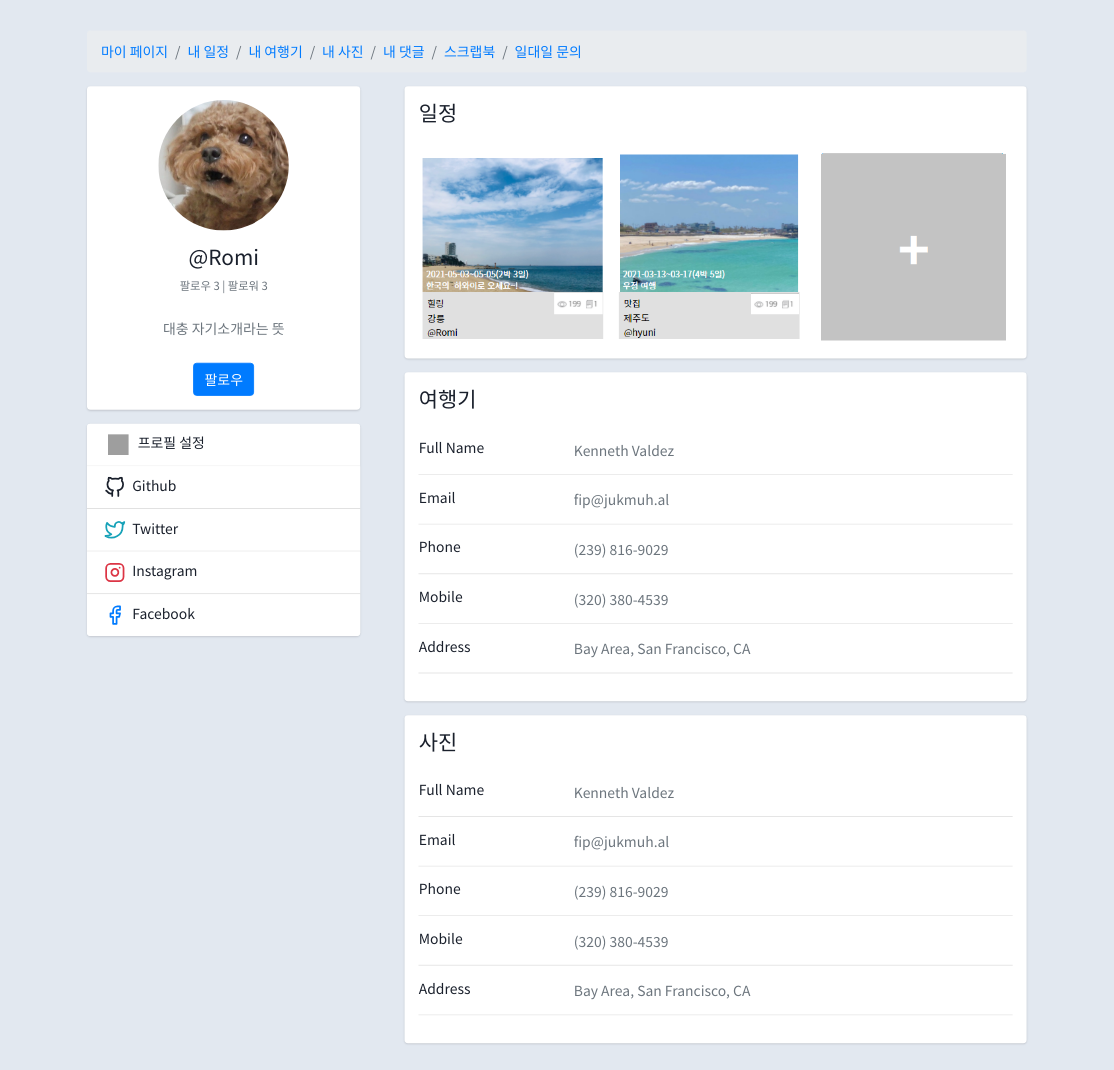
Repository: jangseohyun/LEGGO_2021
Page: http://localhost/PrjApp/ProfileTest.jsp
An editor plug-in stored every save of this project. The page is shown before and after the next save, followed by the edit.
The browser window is 1280 px wide. The pictures show the whole page, at 87% of full size.
Pictures or frames that could not be fetched are drawn as grey boxes. Some web libraries are served in a nearby version. The page is served by Tomcat 9. Other server files are loaded and not shown.

Above is the page before, as saved 2021-06-27 10:11:56.

### PrjApp/WebContent/ProfileTest.jsp
<%@ page contentType="text/html; charset=UTF-8"%>
<%@ taglib prefix="c" uri="http://java.sun.com/jsp/jstl/core"%>
<%
	request.setCharacterEncoding("UTF-8");
	String cp = request.getContextPath();
%>
<!DOCTYPE html>
<head>
    <meta charset="utf-8">
    <!--  This file has been downloaded from bootdey.com @bootdey on twitter -->
    <!--  All snippets are MIT license http://bootdey.com/license -->
    <title>ProfileTest.jsp</title>
    <meta name="viewport" content="width=device-width, initial-scale=1">
	<script src="https://code.jquery.com/jquery-1.10.2.min.js"></script>
    <link href="https://cdn.jsdelivr.net/npm/bootstrap@4.4.1/dist/css/bootstrap.min.css" rel="stylesheet">
	<script src="https://cdn.jsdelivr.net/npm/bootstrap@4.4.1/dist/js/bootstrap.bundle.min.js"></script>
	<link rel="preconnect" href="https://fonts.googleapis.com">
	<link rel="preconnect" href="https://fonts.gstatic.com" crossorigin>
	<link href="https://fonts.googleapis.com/css2?family=Noto+Sans+KR:wght@400;700&display=swap" rel="stylesheet">
</head>
<body>
<div class="container">
    <div class="main-body">

          <!-- 상단 메뉴 -->
          <nav aria-label="breadcrumb" class="main-breadcrumb">
            <ol class="breadcrumb">
              <li class="breadcrumb-item" aria-current="page"><a href="javascript:void(0)">마이 페이지</a></li>
              <li class="breadcrumb-item"><a href="">내 일정</a></li>
              <li class="breadcrumb-item"><a href="">내 여행기</a></li>
              <li class="breadcrumb-item"><a href="">내 사진</a></li>
              <li class="breadcrumb-item"><a href="">내 댓글</a></li>
              <li class="breadcrumb-item"><a href="">스크랩북</a></li>
              <li class="breadcrumb-item"><a href="">일대일 문의</a></li>
            </ol>
          </nav>

          <div class="row gutters-sm">
            <div class="col-md-4 mb-3">

              <!-- 프로필 -->
              <div class="card w-90">
                <div class="card-body">
                  <div class="d-flex flex-column align-items-center text-center">
                    <img src="images/profile_img_sample.jpg" alt="Admin" class="rounded-circle" width="150">
                    <div class="mt-3">
                      <h4>@Romi</h4>
                      <p class="text-secondary mb-1" style="font-size: 13px;">팔로우 3  |  팔로워 3</p><br>
                      <p class="text-secondary mb-1">대충 자기소개라는 뜻</p><br>
                      <button class="btn btn-primary">팔로우</button>
                    </div>
                  </div>
                </div>
              </div>

              <!-- 프로필 버튼 -->
              <div class="card mt-3 w-90">
                <ul class="list-group list-group-flush">
                  <li class="list-group-item d-flex justify-content-between align-items-center flex-wrap">
                    <h6 class="mb-0">&nbsp;<img src="https://image.flaticon.com/icons/png/512/3524/3524752.png" width="24" height="24">&nbsp;&nbsp;&nbsp;프로필 설정</h6>
                    <!-- <span class="text-secondary">https://bootdey.com</span> -->
                  </li>
                  <li class="list-group-item d-flex justify-content-between align-items-center flex-wrap">
                    <h6 class="mb-0"><svg xmlns="http://www.w3.org/2000/svg" width="24" height="24" viewBox="0 0 24 24" fill="none" stroke="currentColor" stroke-width="2" stroke-linecap="round" stroke-linejoin="round" class="feather feather-github mr-2 icon-inline"><path d="M9 19c-5 1.5-5-2.5-7-3m14 6v-3.87a3.37 3.37 0 0 0-.94-2.61c3.14-.35 6.44-1.54 6.44-7A5.44 5.44 0 0 0 20 4.77 5.07 5.07 0 0 0 19.91 1S18.73.65 16 2.48a13.38 13.38 0 0 0-7 0C6.27.65 5.09 1 5.09 1A5.07 5.07 0 0 0 5 4.77a5.44 5.44 0 0 0-1.5 3.78c0 5.42 3.3 6.61 6.44 7A3.37 3.37 0 0 0 9 18.13V22"></path></svg>Github</h6>
                  </li>
                  <li class="list-group-item d-flex justify-content-between align-items-center flex-wrap">
                    <h6 class="mb-0"><svg xmlns="http://www.w3.org/2000/svg" width="24" height="24" viewBox="0 0 24 24" fill="none" stroke="currentColor" stroke-width="2" stroke-linecap="round" stroke-linejoin="round" class="feather feather-twitter mr-2 icon-inline text-info"><path d="M23 3a10.9 10.9 0 0 1-3.14 1.53 4.48 4.48 0 0 0-7.86 3v1A10.66 10.66 0 0 1 3 4s-4 9 5 13a11.64 11.64 0 0 1-7 2c9 5 20 0 20-11.5a4.5 4.5 0 0 0-.08-.83A7.72 7.72 0 0 0 23 3z"></path></svg>Twitter</h6>
                  </li>
                  <li class="list-group-item d-flex justify-content-between align-items-center flex-wrap">
                    <h6 class="mb-0"><svg xmlns="http://www.w3.org/2000/svg" width="24" height="24" viewBox="0 0 24 24" fill="none" stroke="currentColor" stroke-width="2" stroke-linecap="round" stroke-linejoin="round" class="feather feather-instagram mr-2 icon-inline text-danger"><rect x="2" y="2" width="20" height="20" rx="5" ry="5"></rect><path d="M16 11.37A4 4 0 1 1 12.63 8 4 4 0 0 1 16 11.37z"></path><line x1="17.5" y1="6.5" x2="17.51" y2="6.5"></line></svg>Instagram</h6>
                  </li>
                  <li class="list-group-item d-flex justify-content-between align-items-center flex-wrap">
                    <h6 class="mb-0"><svg xmlns="http://www.w3.org/2000/svg" width="24" height="24" viewBox="0 0 24 24" fill="none" stroke="currentColor" stroke-width="2" stroke-linecap="round" stroke-linejoin="round" class="feather feather-facebook mr-2 icon-inline text-primary"><path d="M18 2h-3a5 5 0 0 0-5 5v3H7v4h3v8h4v-8h3l1-4h-4V7a1 1 0 0 1 1-1h3z"></path></svg>Facebook</h6>
                  </li>
                </ul>
              </div>
            </div>

            <!-- 일정 -->
            <div class="col-md-8">
              <div class="card mb-3">
                <div class="card-body">
                  <h4>일정</h4><br>
                  <img src="images/sample.PNG" style="height:220px;">
                  <!--
                  <div class="row">
                    <div class="col-sm-3">
                      <h6 class="mb-0">Full Name</h6>
                    </div>
                    <div class="col-sm-9 text-secondary">
                      Kenneth Valdez
                    </div>
                  </div>
                  <hr>
                  <div class="row">
                    <div class="col-sm-3">
                      <h6 class="mb-0">Email</h6>
                    </div>
                    <div class="col-sm-9 text-secondary">
                      fip@jukmuh.al
                    </div>
                  </div>
                  <hr>
                  <div class="row">
                    <div class="col-sm-3">
                      <h6 class="mb-0">Phone</h6>
                    </div>
                    <div class="col-sm-9 text-secondary">
                      (239) 816-9029
                    </div>
                  </div>
                  <hr>
                  <div class="row">
                    <div class="col-sm-3">
                      <h6 class="mb-0">Mobile</h6>
                    </div>
                    <div class="col-sm-9 text-secondary">
                      (320) 380-4539
                    </div>
                  </div>
                  <hr>
                  <div class="row">
                    <div class="col-sm-3">
                      <h6 class="mb-0">Address</h6>
                    </div>
                    <div class="col-sm-9 text-secondary">
                      Bay Area, San Francisco, CA
                    </div>
                  </div>
                  <hr>
                  <div class="row">

                    <div class="col-sm-12">
                      <a class="btn btn-info " target="__blank" href="https://www.bootdey.com/snippets/view/profile-edit-data-and-skills">Edit</a>
                    </div>

                  </div>
                   -->
                </div>
              </div>

              <!-- 여행기 -->
              <div class="card mb-3">
                <div class="card-body">
                  <h4>여행기</h4><br>
                  <div class="row">
                    <div class="col-sm-3">
                      <h6 class="mb-0">Full Name</h6>
                    </div>
                    <div class="col-sm-9 text-secondary">
                      Kenneth Valdez
                    </div>
                  </div>
                  <hr>
                  <div class="row">
                    <div class="col-sm-3">
                      <h6 class="mb-0">Email</h6>
                    </div>
                    <div class="col-sm-9 text-secondary">
                      fip@jukmuh.al
                    </div>
                  </div>
                  <hr>
                  <div class="row">
                    <div class="col-sm-3">
                      <h6 class="mb-0">Phone</h6>
                    </div>
                    <div class="col-sm-9 text-secondary">
                      (239) 816-9029
                    </div>
                  </div>
                  <hr>
                  <div class="row">
                    <div class="col-sm-3">
                      <h6 class="mb-0">Mobile</h6>
                    </div>
                    <div class="col-sm-9 text-secondary">
                      (320) 380-4539
                    </div>
                  </div>
                  <hr>
                  <div class="row">
                    <div class="col-sm-3">
                      <h6 class="mb-0">Address</h6>
                    </div>
                    <div class="col-sm-9 text-secondary">
                      Bay Area, San Francisco, CA
                    </div>
                  </div>
                  <hr>
                  <div class="row">
                  <!--
                    <div class="col-sm-12">
                      <a class="btn btn-info " target="__blank" href="https://www.bootdey.com/snippets/view/profile-edit-data-and-skills">Edit</a>
                    </div>
                   -->
                  </div>
                </div>
              </div>

              <!-- 사진 -->
              <div class="card mb-3">
                <div class="card-body">
                  <h4>사진</h4><br>
                  <div class="row">
                    <div class="col-sm-3">
                      <h6 class="mb-0">Full Name</h6>
                    </div>
                    <div class="col-sm-9 text-secondary">
                      Kenneth Valdez
                    </div>
                  </div>
                  <hr>
                  <div class="row">
                    <div class="col-sm-3">
                      <h6 class="mb-0">Email</h6>
                    </div>
                    <div class="col-sm-9 text-secondary">
                      fip@jukmuh.al
                    </div>
                  </div>
                  <hr>
                  <div class="row">
                    <div class="col-sm-3">
                      <h6 class="mb-0">Phone</h6>
                    </div>
                    <div class="col-sm-9 text-secondary">
                      (239) 816-9029
                    </div>
                  </div>
                  <hr>
                  <div class="row">
                    <div class="col-sm-3">
                      <h6 class="mb-0">Mobile</h6>
                    </div>
                    <div class="col-sm-9 text-secondary">
                      (320) 380-4539
                    </div>
                  </div>
                  <hr>
                  <div class="row">
                    <div class="col-sm-3">
                      <h6 class="mb-0">Address</h6>
                    </div>
                    <div class="col-sm-9 text-secondary">
                      Bay Area, San Francisco, CA
                    </div>
                  </div>
                  <hr>
                  <div class="row">
                  <!--
                    <div class="col-sm-12">
                      <a class="btn btn-info " target="__blank" href="https://www.bootdey.com/snippets/view/profile-edit-data-and-skills">Edit</a>
                    </div>
                   -->
                  </div>
                </div>
              </div>

            </div><!-- end col-md-8 -->
         </div><!-- end row gutters-sm -->
     </div><!-- end main-body -->
</div><!-- end container -->

<style type="text/css">
body{
    margin-top:20px;
    color: #1a202c;
    text-align: left;
    background-color: #e2e8f0;
    font-family: 'Noto Sans KR', sans-serif;
}
.main-body {
    padding: 15px;
}
.card {
    box-shadow: 0 1px 3px 0 rgba(0,0,0,.1), 0 1px 2px 0 rgba(0,0,0,.06);
}

.card {
    position: relative;
    display: flex;
    flex-direction: column;
    min-width: 0;
    word-wrap: break-word;
    background-color: #fff;
    background-clip: border-box;
    border: 0 solid rgba(0,0,0,.125);
    border-radius: .25rem;
}

.card-body {
    flex: 1 1 auto;
    min-height: 1px;
    padding: 1rem;
}

.gutters-sm {
    margin-right: -8px;
    margin-left: -8px;
}

.gutters-sm>.col, .gutters-sm>[class*=col-] {
    padding-right: 8px;
    padding-left: 8px;
}
.mb-3, .my-3 {
    margin-bottom: 1rem!important;
}

.bg-gray-300 {
    background-color: #e2e8f0;
}
.h-100 {
    height: 100%!important;
}
.shadow-none {
    box-shadow: none!important;
}
.w-90 {
	width: 90%!important;
}

</style>

<script type="text/javascript">

</script>
</body>
</html>

After the next save:
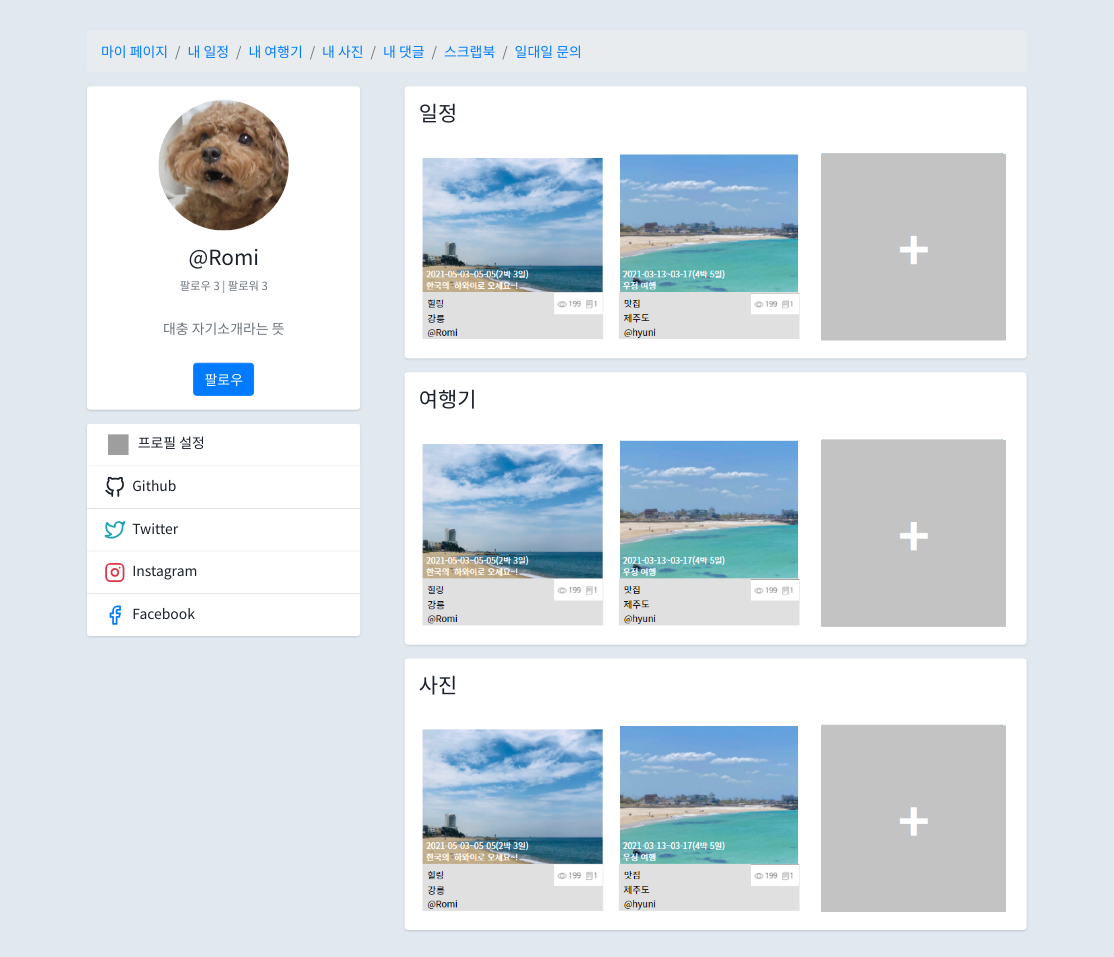
Saved 117 s later.
--- a/PrjApp/WebContent/ProfileTest.jsp
+++ b/PrjApp/WebContent/ProfileTest.jsp
@@ -143,58 +143,7 @@
               <div class="card mb-3">
                 <div class="card-body">
                   <h4>여행기</h4><br>
-                  <div class="row">
-                    <div class="col-sm-3">
-                      <h6 class="mb-0">Full Name</h6>
-                    </div>
-                    <div class="col-sm-9 text-secondary">
-                      Kenneth Valdez
-                    </div>
-                  </div>
-                  <hr>
-                  <div class="row">
-                    <div class="col-sm-3">
-                      <h6 class="mb-0">Email</h6>
-                    </div>
-                    <div class="col-sm-9 text-secondary">
-                      fip@jukmuh.al
-                    </div>
-                  </div>
-                  <hr>
-                  <div class="row">
-                    <div class="col-sm-3">
-                      <h6 class="mb-0">Phone</h6>
-                    </div>
-                    <div class="col-sm-9 text-secondary">
-                      (239) 816-9029
-                    </div>
-                  </div>
-                  <hr>
-                  <div class="row">
-                    <div class="col-sm-3">
-                      <h6 class="mb-0">Mobile</h6>
-                    </div>
-                    <div class="col-sm-9 text-secondary">
-                      (320) 380-4539
-                    </div>
-                  </div>
-                  <hr>
-                  <div class="row">
-                    <div class="col-sm-3">
-                      <h6 class="mb-0">Address</h6>
-                    </div>
-                    <div class="col-sm-9 text-secondary">
-                      Bay Area, San Francisco, CA
-                    </div>
-                  </div>
-                  <hr>
-                  <div class="row">
-                  <!--
-                    <div class="col-sm-12">
-                      <a class="btn btn-info " target="__blank" href="https://www.bootdey.com/snippets/view/profile-edit-data-and-skills">Edit</a>
-                    </div>
-                   -->
-                  </div>
+                  <img src="images/sample.PNG" style="height:220px;">
                 </div>
               </div>
 
@@ -202,58 +151,7 @@
               <div class="card mb-3">
                 <div class="card-body">
                   <h4>사진</h4><br>
-                  <div class="row">
-                    <div class="col-sm-3">
-                      <h6 class="mb-0">Full Name</h6>
-                    </div>
-                    <div class="col-sm-9 text-secondary">
-                      Kenneth Valdez
-                    </div>
-                  </div>
-                  <hr>
-                  <div class="row">
-                    <div class="col-sm-3">
-                      <h6 class="mb-0">Email</h6>
-                    </div>
-                    <div class="col-sm-9 text-secondary">
-                      fip@jukmuh.al
-                    </div>
-                  </div>
-                  <hr>
-                  <div class="row">
-                    <div class="col-sm-3">
-                      <h6 class="mb-0">Phone</h6>
-                    </div>
-                    <div class="col-sm-9 text-secondary">
-                      (239) 816-9029
-                    </div>
-                  </div>
-                  <hr>
-                  <div class="row">
-                    <div class="col-sm-3">
-                      <h6 class="mb-0">Mobile</h6>
-                    </div>
-                    <div class="col-sm-9 text-secondary">
-                      (320) 380-4539
-                    </div>
-                  </div>
-                  <hr>
-                  <div class="row">
-                    <div class="col-sm-3">
-                      <h6 class="mb-0">Address</h6>
-                    </div>
-                    <div class="col-sm-9 text-secondary">
-                      Bay Area, San Francisco, CA
-                    </div>
-                  </div>
-                  <hr>
-                  <div class="row">
-                  <!--
-                    <div class="col-sm-12">
-                      <a class="btn btn-info " target="__blank" href="https://www.bootdey.com/snippets/view/profile-edit-data-and-skills">Edit</a>
-                    </div>
-                   -->
-                  </div>
+                  <img src="images/sample.PNG" style="height:220px;">
                 </div>
               </div>
 
